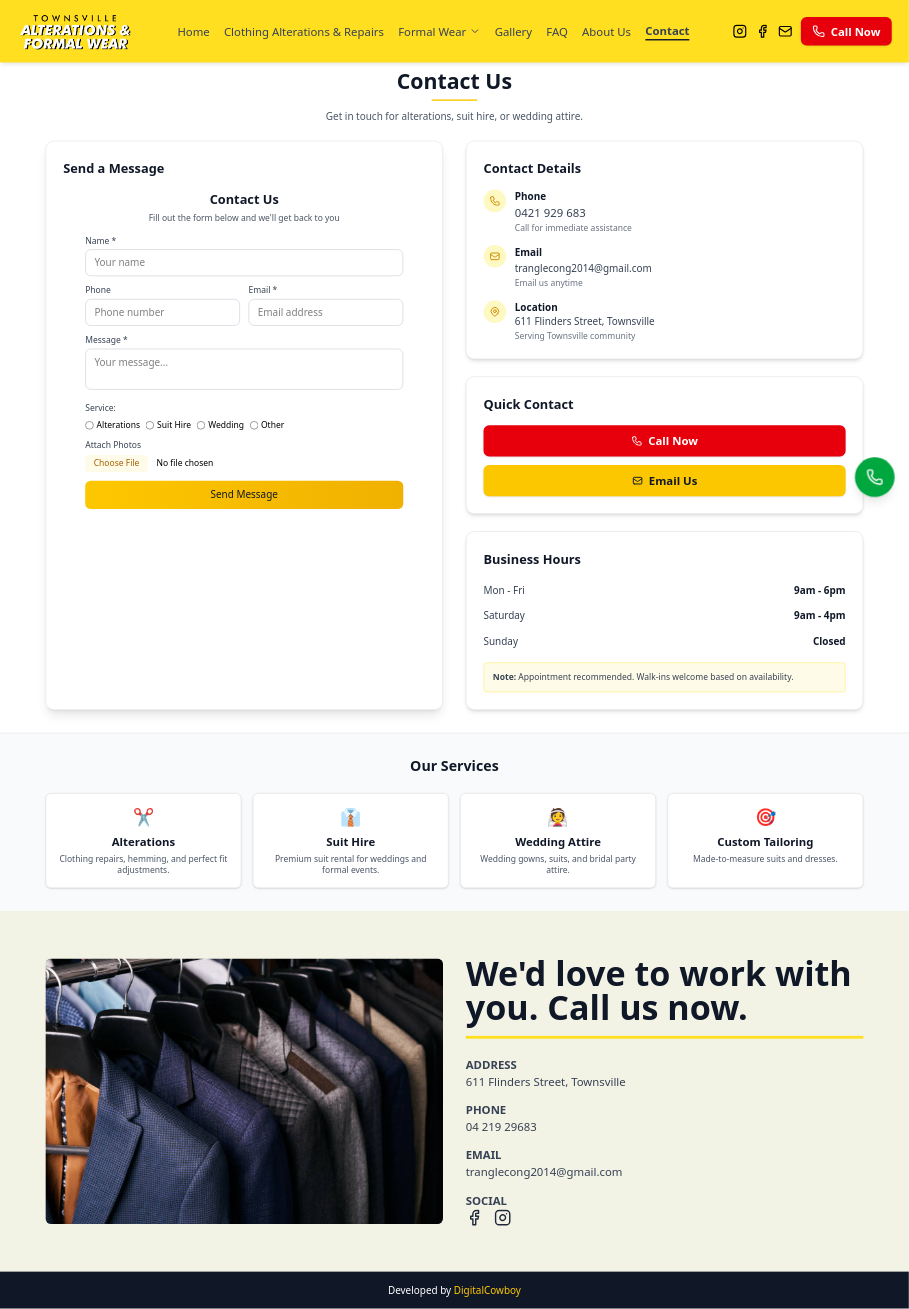
Repository: tarekhasan1/townsville-alteration
Page: /contact
An editor plug-in stored every save of this project. The page is shown before and after the next save, followed by the edit.
The browser window is 1280 px wide. The pictures show the whole page, at 71% of full size.
The project was rebuilt for these pictures with package versions that can differ from the ones it lists, and the page was loaded fresh each time. The framework's server and built-in components were replaced by stand-ins that run in the browser. Also part of the build but not shown: next.config.ts.

Above is the page before, as saved 2026-01-23 20:10:32.

After the next save:
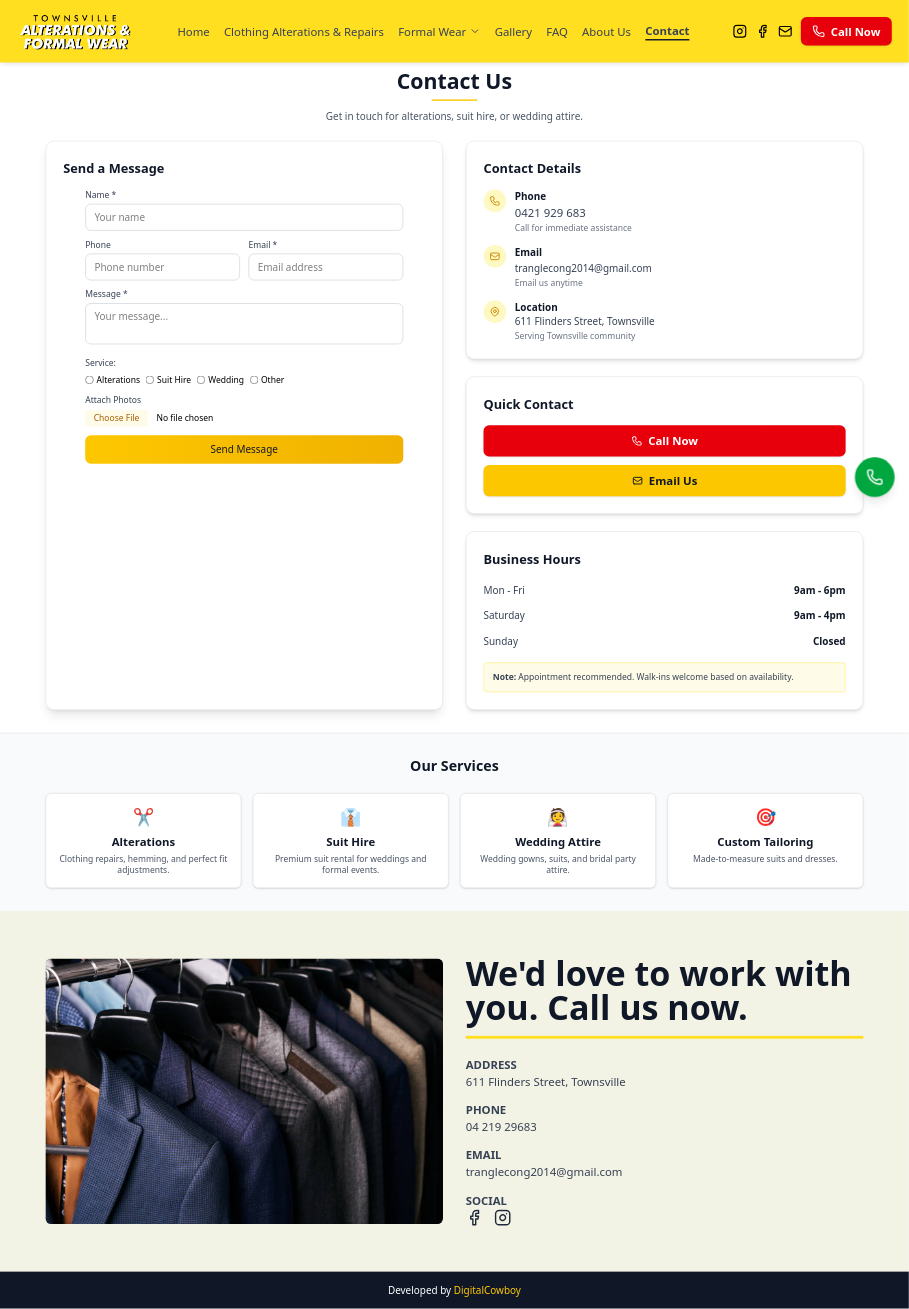
Saved 119 s later.
--- a/src/components/ContactForm.tsx
+++ b/src/components/ContactForm.tsx
@@ -95,11 +95,11 @@ export default function ContactForm() {
 
   return (
     <div className="w-full max-w-md mx-auto">
-      {/* Compact Title and Description */}
+      {/* Compact Title and Description
       <div className="mb-4 text-center">
         <h2 className="text-lg font-semibold text-gray-900 mb-1">Contact Us</h2>
         <p className="text-xs text-gray-600">Fill out the form below and we&apos;ll get back to you</p>
-      </div>
+      </div> */}
 
       <form
         onSubmit={handleSubmit}
